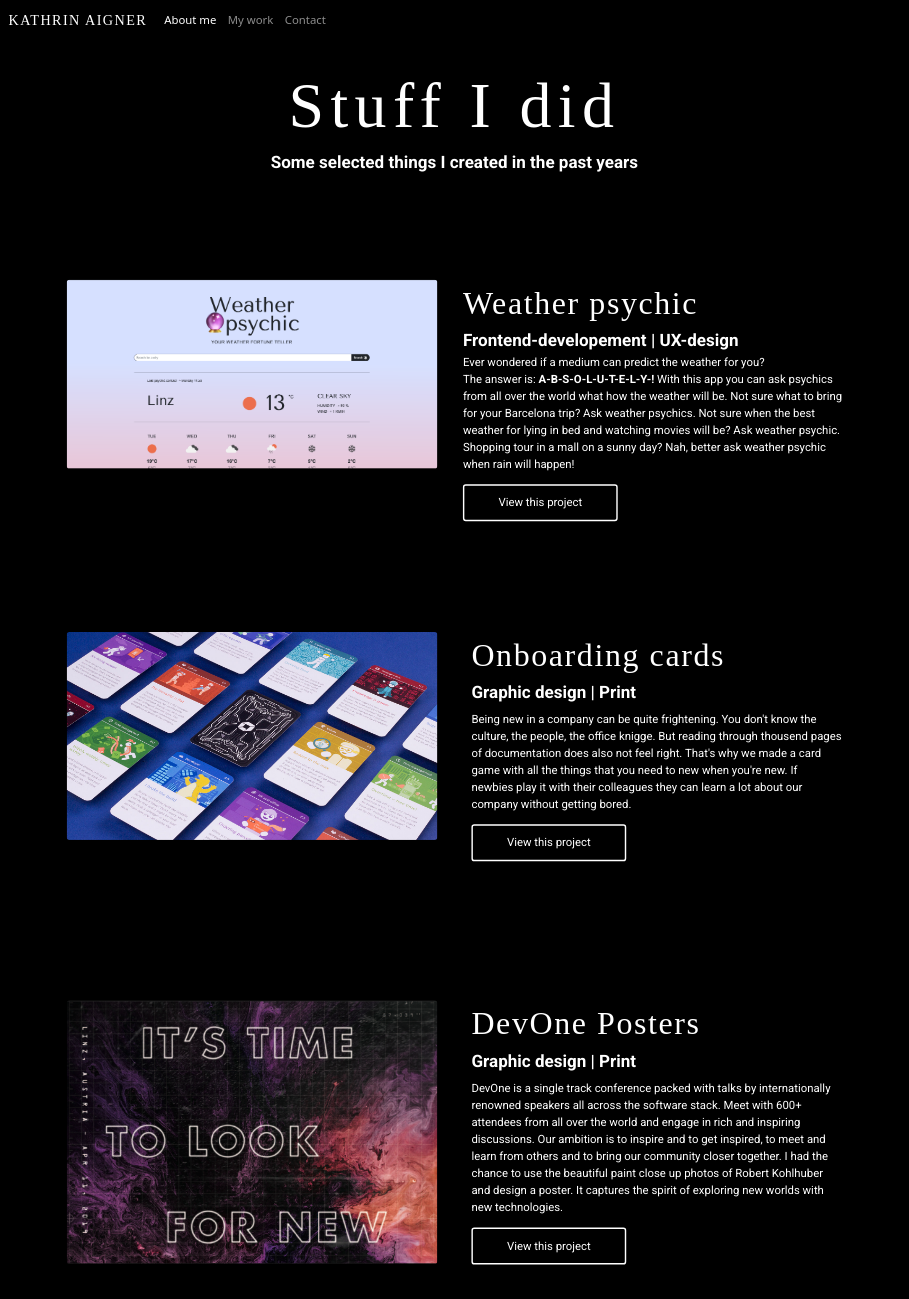
Repository: kathrin-aigner/Portfolio-2022
Page: work.html
An editor plug-in stored every save of this project. The page is shown before and after the next save, followed by the edit.
The browser window is 1280 px wide. The pictures show the whole page, at 71% of full size.
Some web fonts or font styles are not loaded; a fallback is used. Some web libraries are served in a nearby version.

Above is the page before, as saved 2022-03-28 16:24:08.

After the next save:
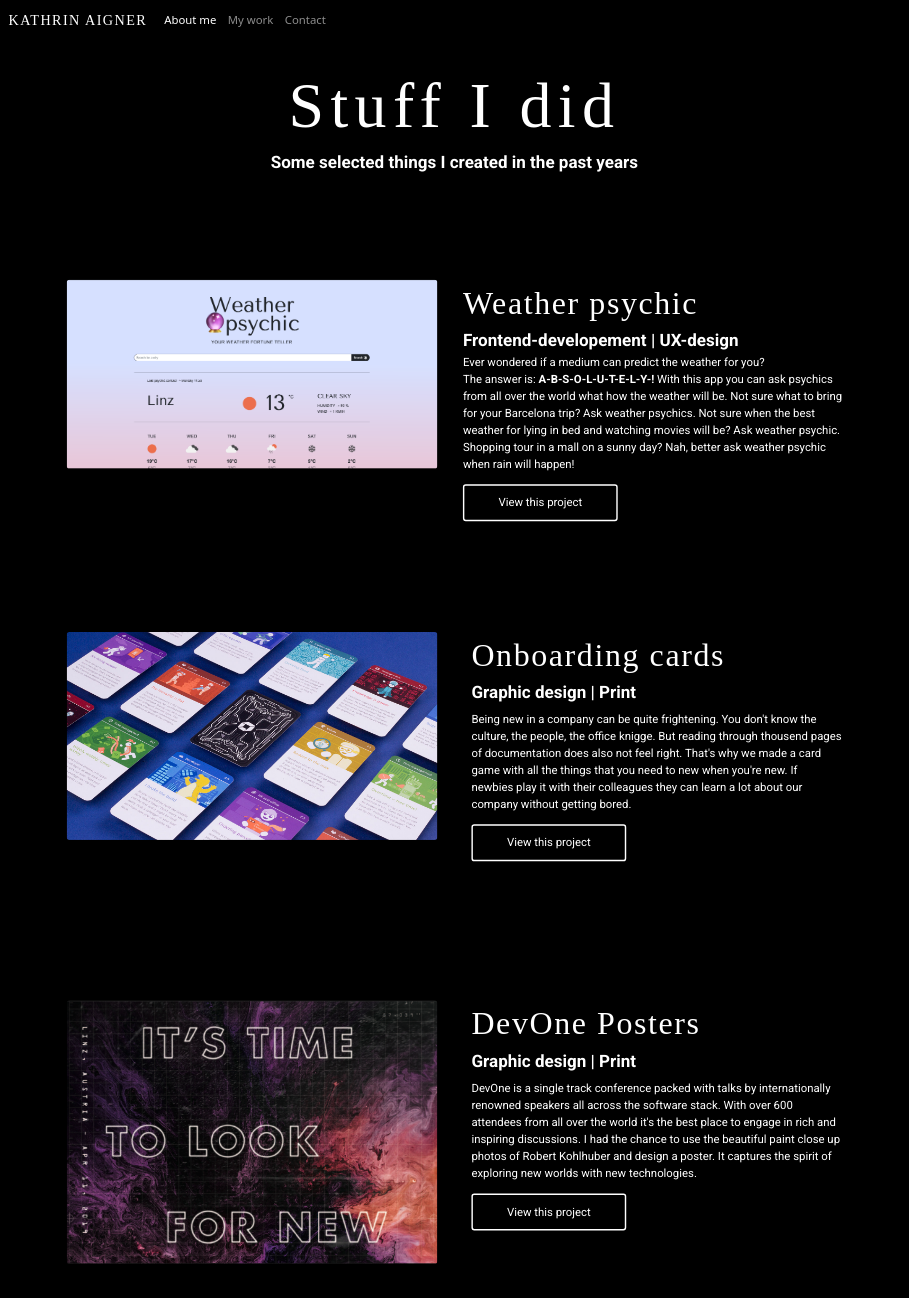
Saved 97 s later.
--- a/work.html
+++ b/work.html
@@ -138,7 +138,7 @@
           Graphic design | Print
           </div>
           <p class="page-section">
-            DevOne is a single track conference packed with talks by internationally renowned speakers all across the software stack. Meet with 600+ attendees from all over the world and engage in rich and inspiring discussions. Our ambition is to inspire and to get inspired, to meet and learn from others and to bring our community closer together. I had the chance to use the beautiful paint close up photos of Robert Kohlhuber and design a poster. It captures the spirit of exploring new worlds with new technologies.
+            DevOne is a single track conference packed with talks by internationally renowned speakers all across the software stack. With over 600 attendees from all over the world it's the best place to engage in rich and inspiring discussions. I had the chance to use the beautiful paint close up photos of Robert Kohlhuber and design a poster. It captures the spirit of exploring new worlds with new technologies.
           </p>
 
             <a href="https://www.behance.net/gallery/79816789/DevOne-Conference-2019" target="_blank" class="btn btn-primary"> View this project </a>
